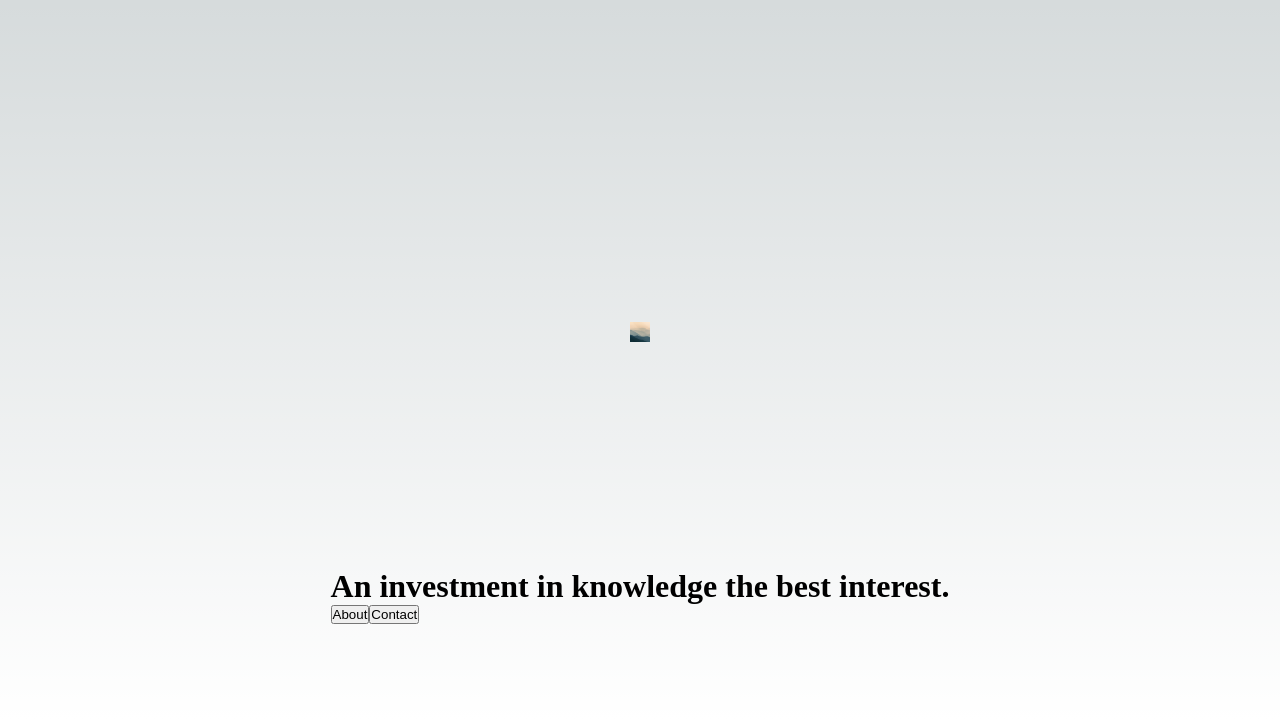
Repository: SanlyLp/assignment-1-playwright-site-a01182379
Page: /
These files come from the project's save history. The page is drawn as it stood at one moment and after a run of saves; the edit follows.
The browser window is 1280 px wide. The pictures show the whole page.
The project was rebuilt for these pictures with package versions that can differ from the ones it lists, and the page was loaded fresh each time. The framework's server and built-in components were replaced by stand-ins that run in the browser. Also part of the build but not shown: next.config.js.

Above is the page before, as saved 2023-02-05 20:07:36.

After the next 2 saves:
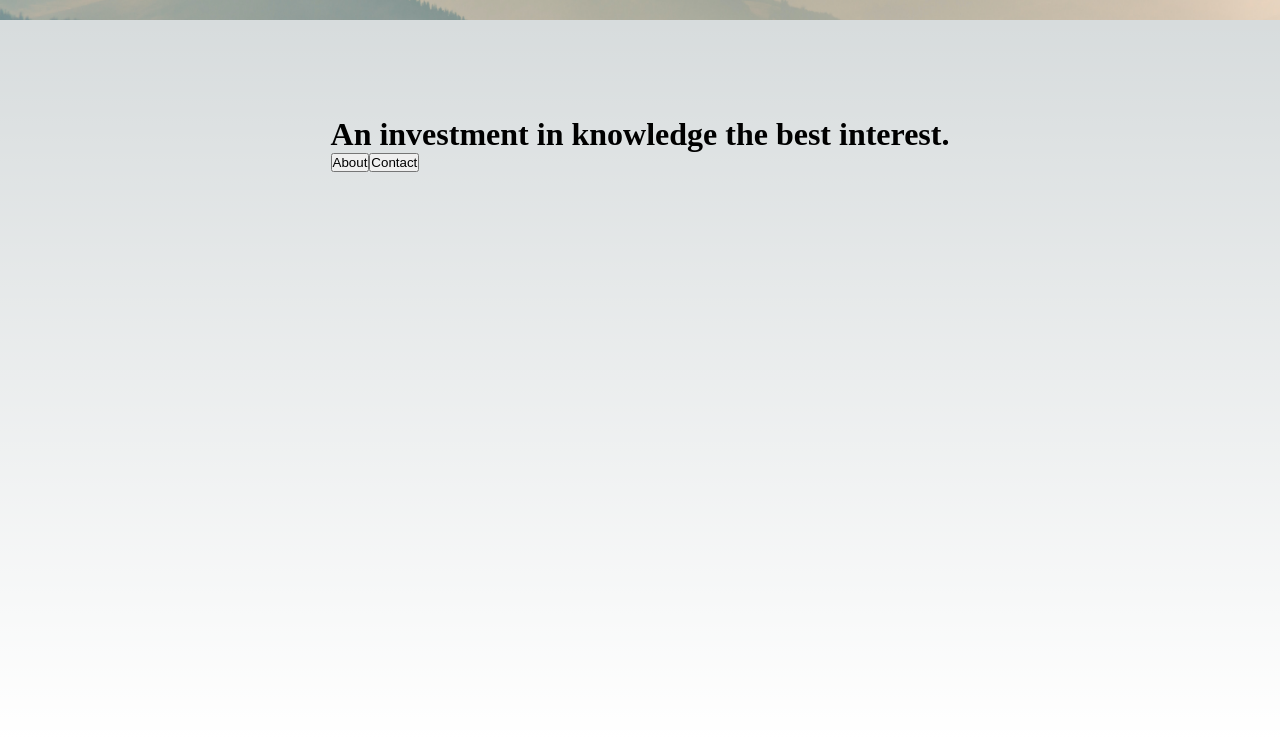
The 2 saves are shown as one change because they came seconds apart.
The last was saved 9 s later.
--- a/pages/index.js
+++ b/pages/index.js
@@ -14,10 +14,11 @@ export default function Home() {
         <meta name="viewport" content="width=device-width, initial-scale=1" />
         <link rel="icon" href="/favicon.ico" />
       </Head>
+      <div className={styles.bg}>
+
+    </div>
       <main className={styles.main}>
-        <div className={styles.bg}>
 
-        </div>
         <div>
           <h1>An investment in knowledge
             the best interest.
